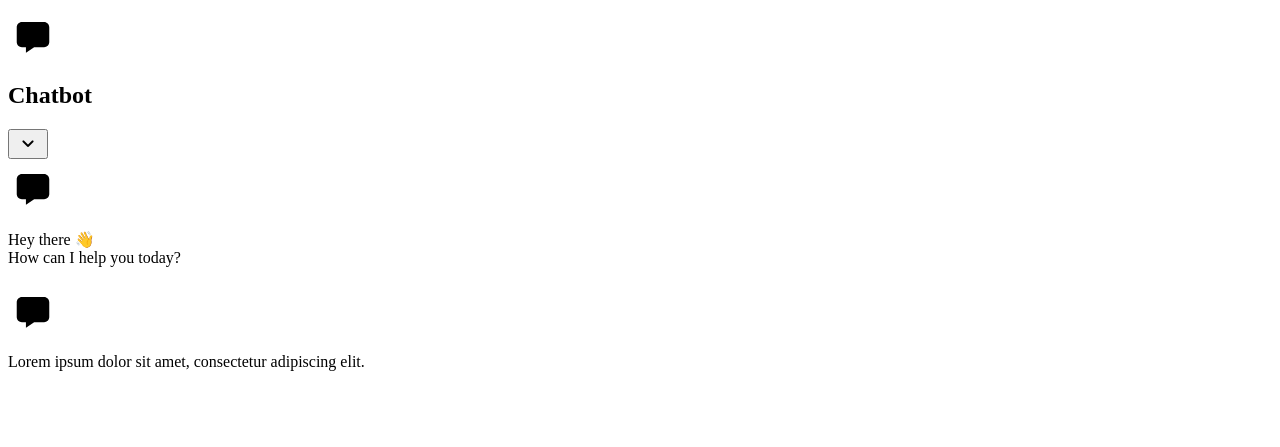
Repository: gogg23/chatbot
Page: / (app in chatbot/)
The author's editor kept a copy of each file at every save. The page is drawn from the files as they stood at one save, then again after the next save.
The browser window is 1280 px wide. The pictures show the whole page.
The project was rebuilt for these pictures with package versions that can differ from the ones it lists, and the page was loaded fresh each time. Also part of the build but not shown: chatbot/vite.config.js, chatbot/src/index.css.

Above is the page before, as saved 2025-01-09 12:31:17.

### chatbot/index.html
<!DOCTYPE html>
<html lang="en">
  <head>
    <meta charset="UTF-8" />
    <link rel="icon" type="image/svg+xml" href="/vite.svg" />
    <meta name="viewport" content="width=device-width, initial-scale=1.0" />
    <title>Chatbot in ReactJS</title>
    <!--Linking google Fonts for Icons-->
    <link
      href="https://fonts.googleapis.com/css2?family=Material+Symbols+Rounded"
      rel="stylesheet"
    />
  </head>
  <body>
    <div id="root"></div>
    <script type="module" src="/src/main.jsx"></script>
  </body>
</html>

### chatbot/src/App.jsx
import ChatbotIcon from './components/ChatbotIcon';

const App = () => {
  return (
    <div className='container'>
      <div className='chatbot-popup'>
        {/*Chatbot Header*/}
        <div className='chat-header'>
          <div className='header-info'>
            <ChatbotIcon />
            <h2 className='logo-text'>Chatbot</h2>
          </div>
          <button className='material-symbols-rounded'>
            keyboard_arrow_down
          </button>
        </div>
        {/*Chatbot Body*/}
        <div className='chat-body'>
          <div className='message bot-message'>
            <ChatbotIcon />
            <p className='message-text'>
              Hey there 👋
              <br />
              How can I help you today?
            </p>
          </div>
          <div className='message user-message'>
            <ChatbotIcon />
            <p className='message-text'>
              Lorem ipsum dolor sit amet, consectetur adipiscing elit.
            </p>
          </div>
        </div>
        {/*Chatbot Footer*/}
        <div className='chat-footer'>
          <form action='#' className='chat-form'></form>
        </div>
      </div>
    </div>
  );
};

export default App;

### chatbot/src/components/ChatbotIcon.jsx
const ChatbotIcon = () => {
  return (
    <svg
      xmlns='http://www.w3.org/2000/svg'
      width='50'
      height='50'
      viewBox='0 0 1024 1024'
    >
      <path
        d='M738.3 287.6H285.7c-59 0-106.8
      47.8-106.8 106.8v303.1c0 59 47.8 106.8 106.8 106.8h81.5v111.1c0
      .7.8 1.1 1.4.7l166.9-110.6 41.8-.8h117.4l43.6-.4c59
      0 106.8-47.8 106.8-106.8V394.5c0-59-47.8-106.9-106.8-106.9zM351
      .7 448.2c0-29.5 23.9-53.5 53.5-53.5s53.5 23.9 53.5 53.5-23.9
      53.5-53.5 53.5-53.5-23.9-53.5-53.5zm157.9 267.1c-67.8 0-123.8-47
      .5-132.3-109h264.6c-8.6 61.5-64.5 109-132.3 109zm110-213.7c-29.5
      0-53.5-23.9-53.5-53.5s23.9-53.5 53.5-53.5 53.5 23.9 53.5 53.5-23.9
      53.5-53.5 53.5zM867.2 644.5V453.1h26.5c19.4 0 35.1 15.7 35.1 35.1v121.1c0
      19.4-15.7 35.1-35.1 35.1h-26.5zM95.2 609.4V488.2c0-19.4 15.7-35.1
      35.1-35.1h26.5v191.3h-26.5c-19.4 0-35.1-15.7-35.1-35.1zM561.5 149.6c0 23.4-15.6
      43.3-36.9 49.7v44.9h-30v-44.9c-21.4-6.5-36.9-26.3-36.9-49.7 0-28.6 23.3-51.9 51.9-51.9s51.9
      23.3 51.9 51.9z'
      />
    </svg>
  );
};

export default ChatbotIcon;

Loaded but not shown: chatbot/src/main.jsx (common file)

After the next save:
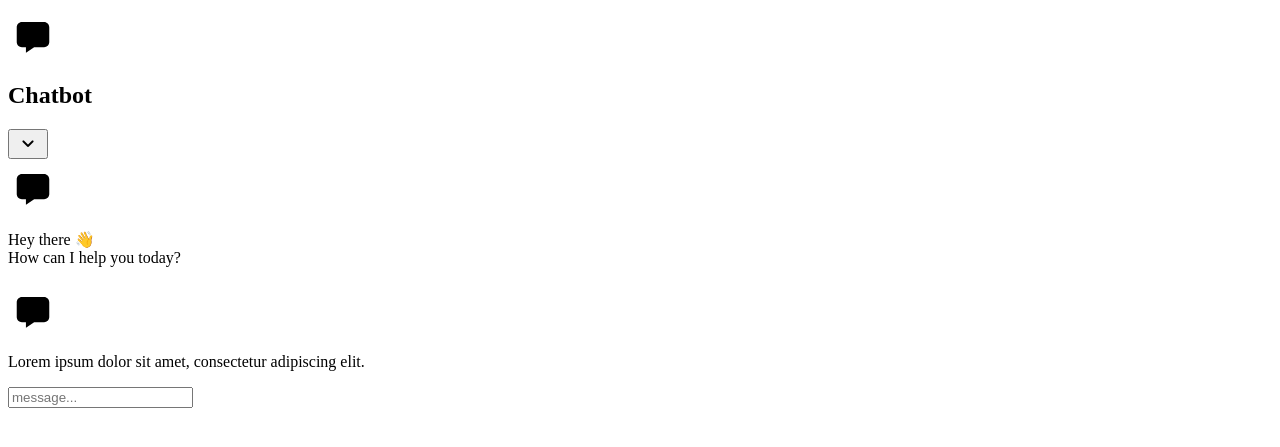
Saved 4 min 29 s later.
--- a/chatbot/src/App.jsx
+++ b/chatbot/src/App.jsx
@@ -34,6 +34,12 @@ const App = () => {
         {/*Chatbot Footer*/}
         <div className='chat-footer'>
           <form action='#' className='chat-form'></form>
+          <input
+            type='text'
+            placeholder='message...'
+            className='message-input'
+            required
+          />
         </div>
       </div>
     </div>
